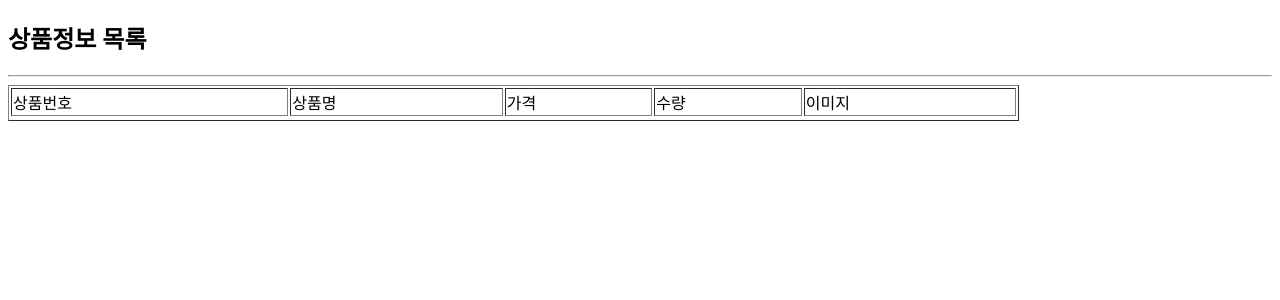
Repository: MegiLove/html_css
Page: http://localhost/day1130/listGoods_db.jsp
These files come from the project's save history. The page is drawn as it stood at one moment and after the next save; the edit follows.
The browser window is 1280 px wide. The pictures show the whole page.
The page is served by Tomcat 9. Other server files are loaded and not shown. Queries for data that is not in the repository find no rows.

Above is the page before, as saved 2021-11-30 02:24:36.

### day1130/src/main/webapp/listGoods_db.jsp
<%@page import="com.sist.vo.GoodsVO"%>
<%@page import="com.sist.dao.GoodsDAO"%>
<%@page import="java.util.ArrayList"%>
<%@ page language="java" contentType="text/html; charset=EUC-KR"
    pageEncoding="EUC-KR"%>
<!DOCTYPE html>
<html>
<head>
<meta charset="EUC-KR">
<title>Insert title here</title>
</head>
<body>
	<%
	GoodsDAO dao= new GoodsDAO();
	ArrayList<GoodsVO> list= dao.listGoods();
	%>

	<h2>상품정보 목록</h2>
	<hr>
	<table border="1" width=80%>
		<tr>
			<td>상품번호</td>
			<td>상품명</td>
			<td>가격</td>
			<td>수량</td>
			<td>이미지</td>
		</tr>

		<tr>
		<%for(GoodsVO g:list){
			%>
			<td><%=g.getNo() %></td>
			<td><%=g.getName() %></td>
			<td><%=g.getPrice() %></td>
			<td><%=g.getQty() %></td>
			<td><img src="images/<%=g.getFname() %>" width="100" height="100"></td>
			<%
		} %>


		</tr>
	</table>
</body>
</html>

### day1130/src/main/java/com/sist/dao/GoodsDAO.java
package com.sist.dao;

import java.sql.Connection;
import java.sql.DriverManager;
import java.sql.ResultSet;
import java.sql.Statement;
import java.util.ArrayList;

import com.sist.vo.GoodsVO;

public class GoodsDAO {
	public ArrayList<GoodsVO> listGoods(){
		ArrayList<GoodsVO> list= new ArrayList<GoodsVO>();
		String sql="select * from goods";
		String driver="oracle.jdbc.driver.OracleDriver";
		String url="jdbc:oracle:thin:@localhost:1521:XE";
		String user="c##madang";
		String pwd="madang";
		Connection conn=null;
		Statement stmt=null;
		ResultSet rs=null;
		try {
			Class.forName(driver);
			conn= DriverManager.getConnection(url, user, pwd);
			stmt= conn.createStatement();
			rs= stmt.executeQuery(sql);
			while(rs.next()) {
				list.add(new GoodsVO(rs.getInt(1),rs.getString(2),rs.getInt(3),rs.getInt(4),rs.getString(5)));
			}
		} catch (Exception e) {
			System.out.println("예외발생: "+e.getMessage());
		}finally {
			try {
				if(rs!=null) {
					rs.close();
				}
				if(stmt!=null) {
					stmt.close();
				}
				if(conn!=null) {
					conn.close();
				}
			} catch (Exception e2) {
				// TODO: handle exception
			}
		}
		return list;
	}
}

After the next save:
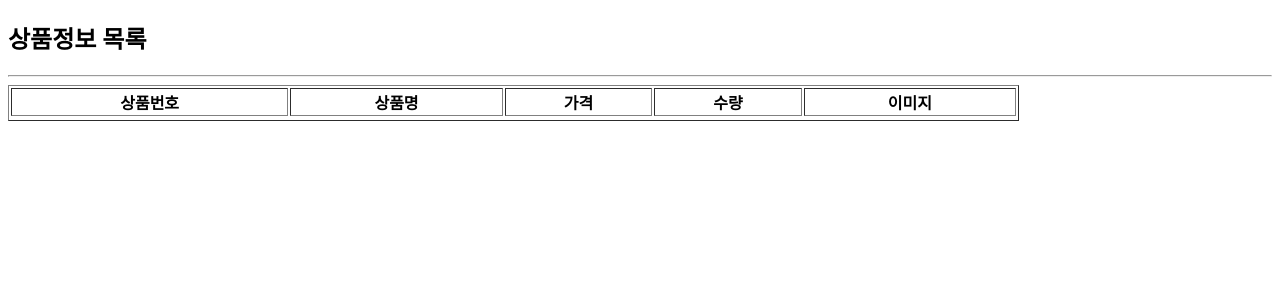
Saved 2 min 35 s later.
--- a/day1130/src/main/webapp/listGoods_db.jsp
+++ b/day1130/src/main/webapp/listGoods_db.jsp
@@ -18,14 +18,15 @@
 	<h2>상품정보 목록</h2>
 	<hr>
 	<table border="1" width=80%>
+	<thead>
 		<tr>
-			<td>상품번호</td>
-			<td>상품명</td>
-			<td>가격</td>
-			<td>수량</td>
-			<td>이미지</td>
+			<th>상품번호</th>
+			<th>상품명</th>
+			<th>가격</th>
+			<th>수량</th>
+			<th>이미지</th>
 		</tr>
-
+	</thead>
 		<tr>
 		<%for(GoodsVO g:list){
 			%>
@@ -37,7 +38,6 @@
 			<%
 		} %>
 
-
 		</tr>
 	</table>
 </body>
